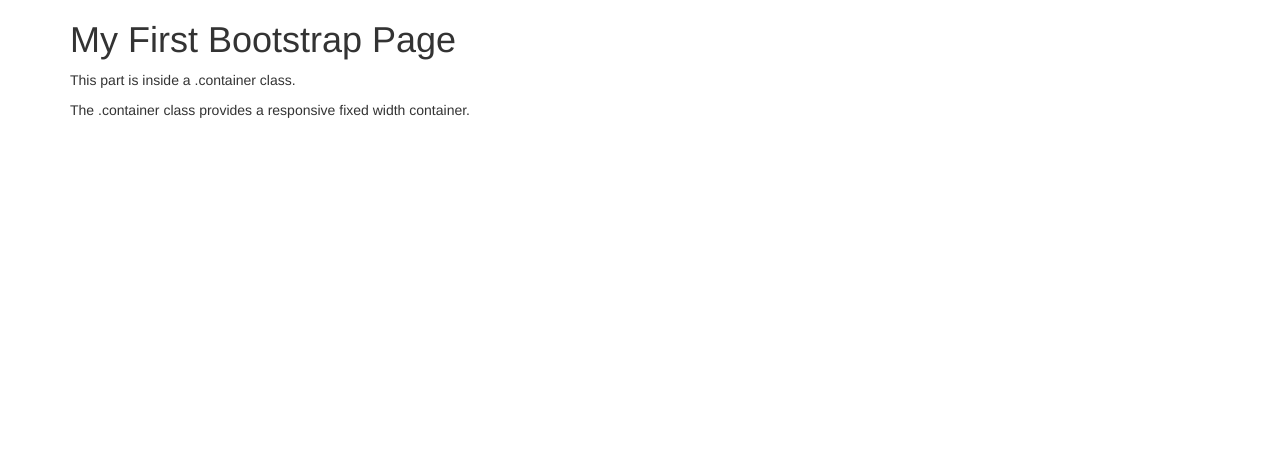
Repository: Apoorvasuswaram/cts
Page: appu/WebContent/NewFile.html
An editor plug-in stored every save of this project. The page is shown before and after the next save, followed by the edit.
The browser window is 1280 px wide. The pictures show the whole page.

Above is the page before, as saved 2020-01-18 07:23:03.

### appu/WebContent/NewFile.html
<!DOCTYPE html>
<html lang="en">
<head>
  <title>Bootstrap Example</title>
  <meta charset="utf-8">
  <meta name="viewport" content="width=device-width, initial-scale=1">
  <link rel="stylesheet" href="https://maxcdn.bootstrapcdn.com/bootstrap/3.4.1/css/bootstrap.min.css">
  <script src="https://ajax.googleapis.com/ajax/libs/jquery/3.4.1/jquery.min.js"></script>
  <script src="https://maxcdn.bootstrapcdn.com/bootstrap/3.4.1/js/bootstrap.min.js"></script>
</head>
<body>

<div class="container">
  <h1>My First Bootstrap Page</h1>
  <p>This part is inside a .container class.</p>
  <p>The .container class provides a responsive fixed width container.</p>
</div>

</body>
</html>

After the next save:
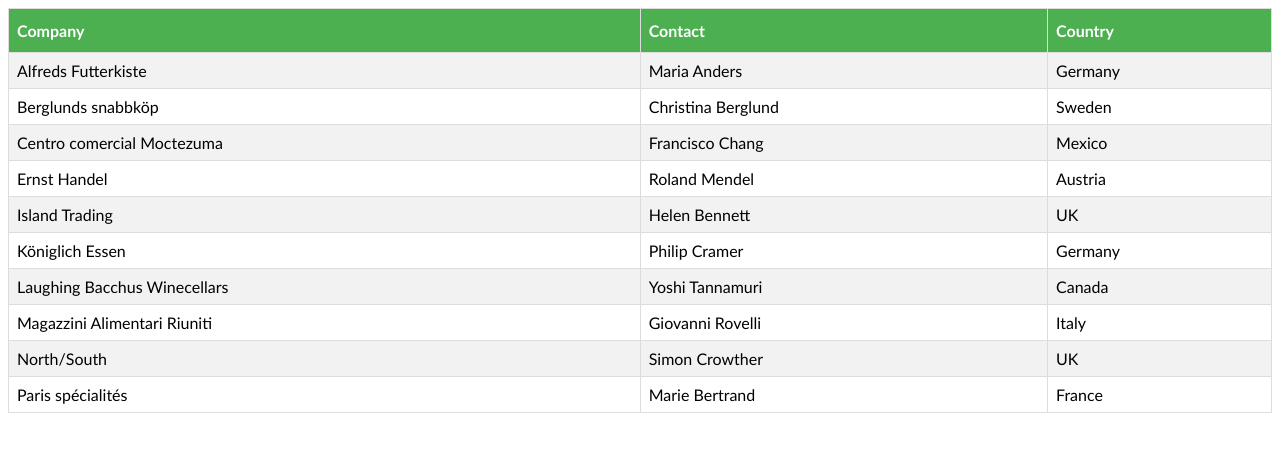
Saved 2 min 20 s later.
--- a/appu/WebContent/NewFile.html
+++ b/appu/WebContent/NewFile.html
@@ -1,20 +1,90 @@
 <!DOCTYPE html>
-<html lang="en">
+<html>
 <head>
-  <title>Bootstrap Example</title>
-  <meta charset="utf-8">
-  <meta name="viewport" content="width=device-width, initial-scale=1">
-  <link rel="stylesheet" href="https://maxcdn.bootstrapcdn.com/bootstrap/3.4.1/css/bootstrap.min.css">
-  <script src="https://ajax.googleapis.com/ajax/libs/jquery/3.4.1/jquery.min.js"></script>
-  <script src="https://maxcdn.bootstrapcdn.com/bootstrap/3.4.1/js/bootstrap.min.js"></script>
+<style>
+#customers {
+  font-family: "Trebuchet MS", Arial, Helvetica, sans-serif;
+  border-collapse: collapse;
+  width: 100%;
+}
+
+#customers td, #customers th {
+  border: 1px solid #ddd;
+  padding: 8px;
+}
+
+#customers tr:nth-child(even){background-color: #f2f2f2;}
+
+#customers tr:hover {background-color: #ddd;}
+
+#customers th {
+  padding-top: 12px;
+  padding-bottom: 12px;
+  text-align: left;
+  background-color: #4CAF50;
+  color: white;
+}
+</style>
 </head>
 <body>
 
-<div class="container">
-  <h1>My First Bootstrap Page</h1>
-  <p>This part is inside a .container class.</p>
-  <p>The .container class provides a responsive fixed width container.</p>
-</div>
+<table id="customers">
+  <tr>
+    <th>Company</th>
+    <th>Contact</th>
+    <th>Country</th>
+  </tr>
+  <tr>
+    <td>Alfreds Futterkiste</td>
+    <td>Maria Anders</td>
+    <td>Germany</td>
+  </tr>
+  <tr>
+    <td>Berglunds snabbköp</td>
+    <td>Christina Berglund</td>
+    <td>Sweden</td>
+  </tr>
+  <tr>
+    <td>Centro comercial Moctezuma</td>
+    <td>Francisco Chang</td>
+    <td>Mexico</td>
+  </tr>
+  <tr>
+    <td>Ernst Handel</td>
+    <td>Roland Mendel</td>
+    <td>Austria</td>
+  </tr>
+  <tr>
+    <td>Island Trading</td>
+    <td>Helen Bennett</td>
+    <td>UK</td>
+  </tr>
+  <tr>
+    <td>Königlich Essen</td>
+    <td>Philip Cramer</td>
+    <td>Germany</td>
+  </tr>
+  <tr>
+    <td>Laughing Bacchus Winecellars</td>
+    <td>Yoshi Tannamuri</td>
+    <td>Canada</td>
+  </tr>
+  <tr>
+    <td>Magazzini Alimentari Riuniti</td>
+    <td>Giovanni Rovelli</td>
+    <td>Italy</td>
+  </tr>
+  <tr>
+    <td>North/South</td>
+    <td>Simon Crowther</td>
+    <td>UK</td>
+  </tr>
+  <tr>
+    <td>Paris spécialités</td>
+    <td>Marie Bertrand</td>
+    <td>France</td>
+  </tr>
+</table>
 
 </body>
 </html>
